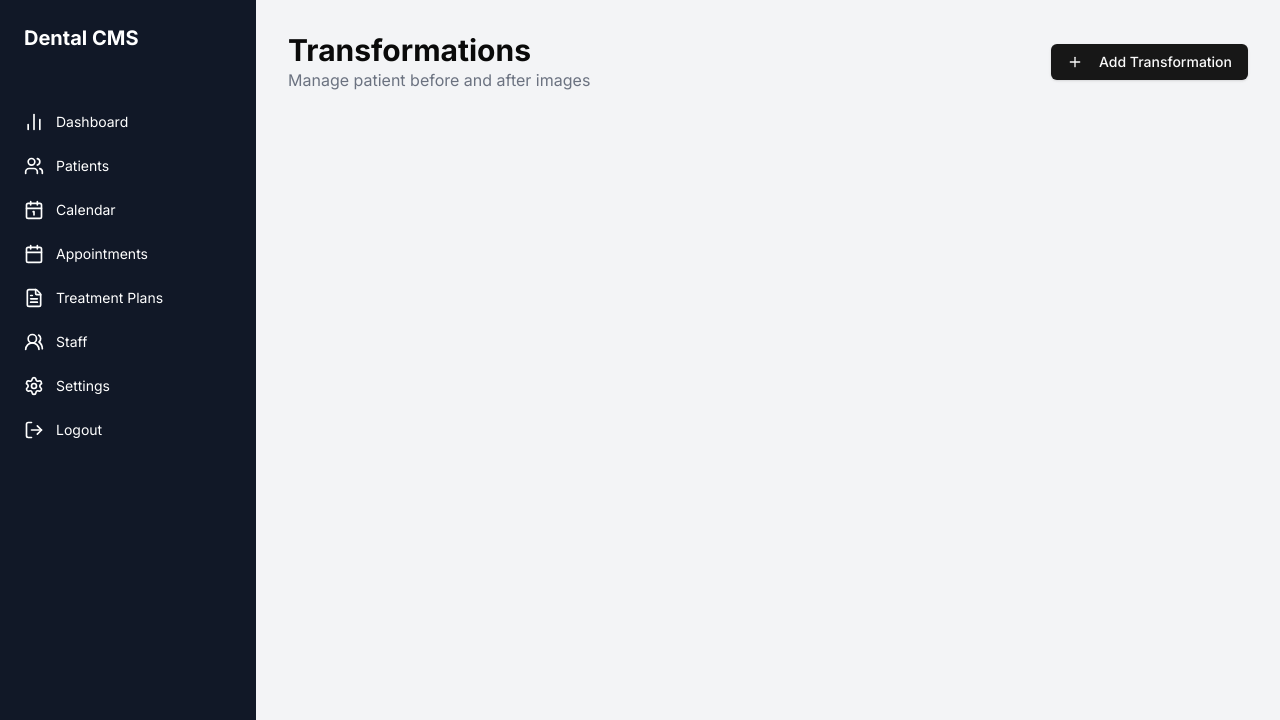
Repository: djdjdallas/diamonddental
Page: /dashboard/transformations
These files come from the project's save history. The page is drawn as it stood at one moment and after the next save; the edit follows.
The browser window is 1280 px wide. The pictures show the whole page.
The page's requests for data from a server got no answer. The project was rebuilt for these pictures with package versions that can differ from the ones it lists, and the page was loaded fresh each time. The framework's server and built-in components were replaced by stand-ins that run in the browser. No one was signed in, and anything a server would have sent is missing. Also part of the build but not shown: next.config.mjs, src/components/ui/input.jsx, src/components/ui/card.jsx, src/components/ui/select.jsx, src/components/ui/label.jsx, src/components/ui/textarea.jsx.

Above is the page before, as saved 2025-02-01 11:45:25.

After the next save:
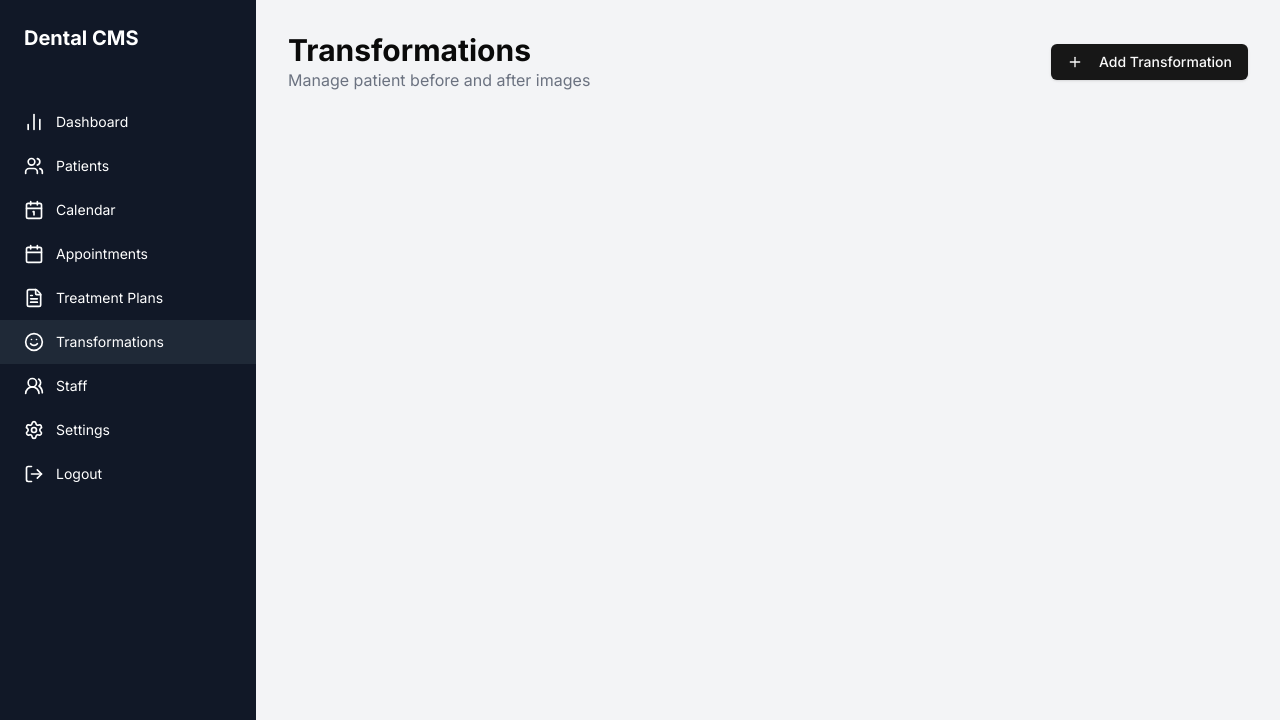
Saved 58 s later.
--- a/src/app/dashboard/layout.js
+++ b/src/app/dashboard/layout.js
@@ -12,6 +12,7 @@ import {
   LogOut,
   Calendar1,
   Users2,
+  Smile,
 } from "lucide-react";
 import { cn } from "@/lib/utils";
 
@@ -21,6 +22,7 @@ const sidebarLinks = [
   { name: "Calendar", href: "/dashboard/calendar", icon: Calendar1 },
   { name: "Appointments", href: "/dashboard/appointments", icon: Calendar },
   { name: "Treatment Plans", href: "/dashboard/treatments", icon: FileText },
+  { name: "Transformations", href: "/dashboard/transformations", icon: Smile },
   { name: "Staff", href: "/dashboard/staff", icon: Users2 },
   { name: "Settings", href: "/dashboard/settings", icon: Settings },
 ];
